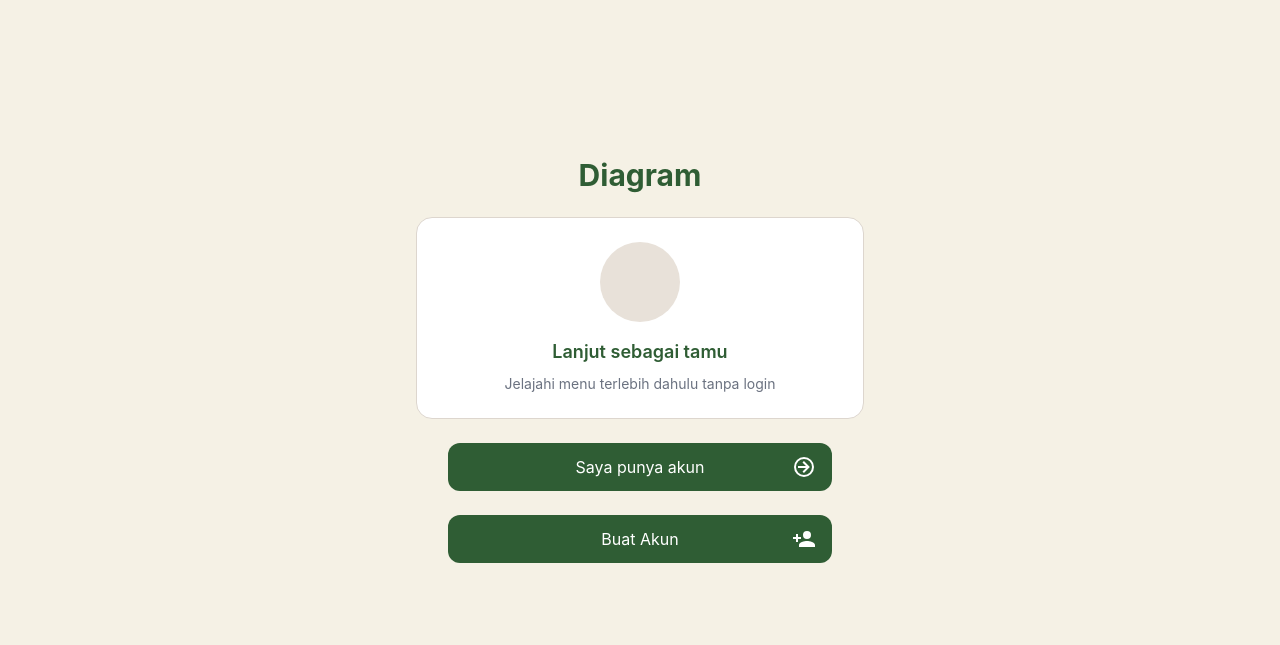
Repository: PajarAland/DiagramCoffee
Page: /
The author's editor kept a copy of each file at every save. The page is drawn from the files as they stood at one save, then again after the next save.
The browser window is 1280 px wide. The pictures show the whole page.
The page's requests for data from a server got no answer. The project was rebuilt for these pictures with package versions that can differ from the ones it lists, and the page was loaded fresh each time. Some packages were replaced by stand-ins written for this rebuild. No one was signed in, and anything a server would have sent is missing. Also part of the build but not shown: vite.config.js, src/pages/Login.jsx, src/pages/Register.jsx, src/pages/Home.jsx, src/auth/ProtectedRoute.jsx.

Above is the page before, as saved 2026-04-26 17:44:09.

After the next save:
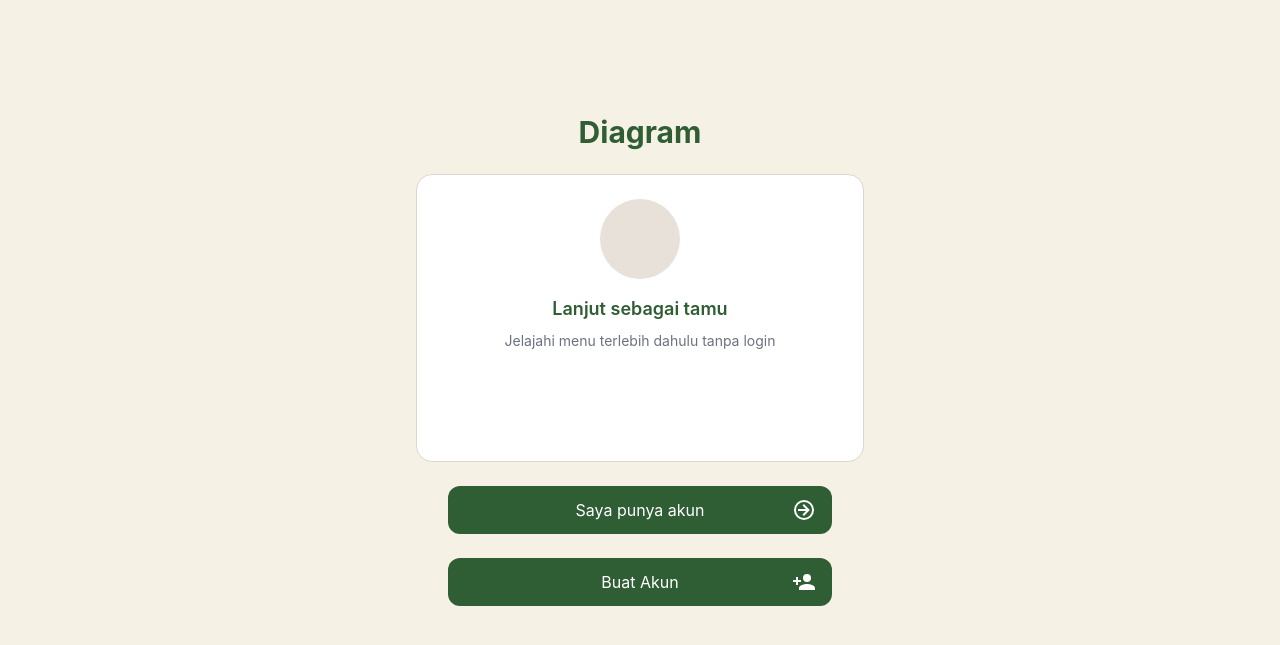
Saved 103 s later.
--- a/src/pages/Landing.jsx
+++ b/src/pages/Landing.jsx
@@ -13,7 +13,7 @@
         Diagram
       </h1>
 
-      <div className="bg-white rounded-2xl p-6 w-full h-full max-w-md max-h-lg text-center border border-[#DDD6CE]">
+      <div className="bg-white rounded-2xl p-6 w-full max-w-md min-h-[40vh] text-center border border-[#DDD6CE]">
         <div className="w-20 h-20 bg-[#E8E1D9] rounded-full mx-auto mb-4"></div>
 
         <Link to="/homeGuest" className="text-[#2F5D34] text-lg font-semibold hover:underline">

After the save that followed:
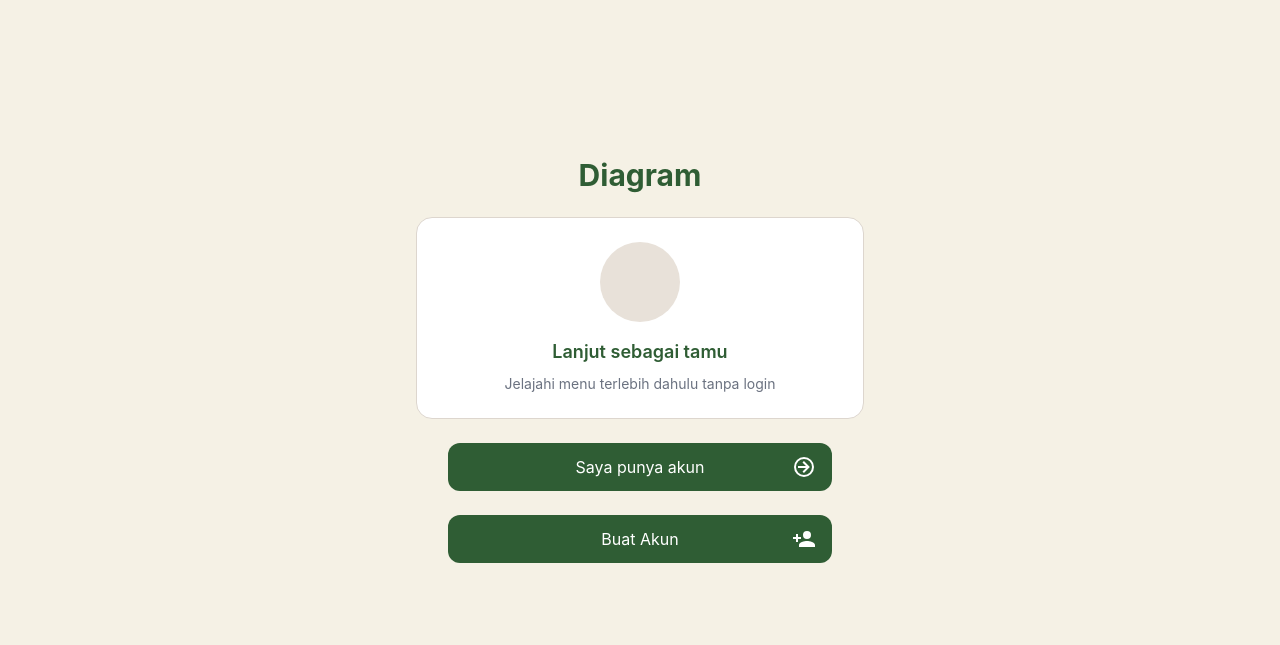
Saved 95 s later.
--- a/src/pages/Landing.jsx
+++ b/src/pages/Landing.jsx
@@ -13,7 +13,7 @@
         Diagram
       </h1>
 
-      <div className="bg-white rounded-2xl p-6 w-full max-w-md min-h-[40vh] text-center border border-[#DDD6CE]">
+      <div className="bg-white rounded-2xl p-6 w-full max-w-md text-center border border-[#DDD6CE]">
         <div className="w-20 h-20 bg-[#E8E1D9] rounded-full mx-auto mb-4"></div>
 
         <Link to="/homeGuest" className="text-[#2F5D34] text-lg font-semibold hover:underline">
